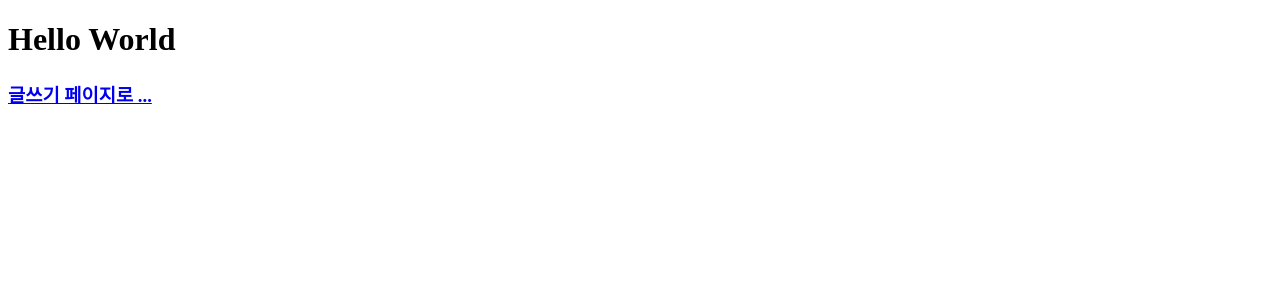
Repository: havanara/240411_JSP_Project
Page: http://localhost/jst_study/
These files come from the project's save history. The page is drawn as it stood at one moment and after the next save; the edit follows.
The browser window is 1280 px wide. The pictures show the whole page.
The page is served by Tomcat 9.

Above is the page before, as saved 2024-04-12 05:48:38.

After the next save:
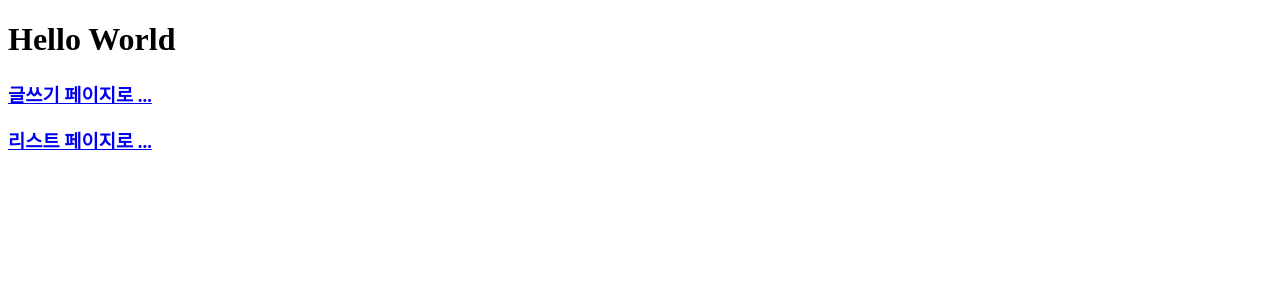
Saved 53 s later.
--- a/jst_study/src/main/webapp/index.jsp
+++ b/jst_study/src/main/webapp/index.jsp
@@ -9,5 +9,6 @@
 <body>
 	<h1>Hello World</h1>
 	<h3><a href="/brd/register">글쓰기 페이지로 ...</a></h3>
+	<h3><a href="/brd/list">리스트 페이지로 ...</a></h3>
 </body>
 </html>
